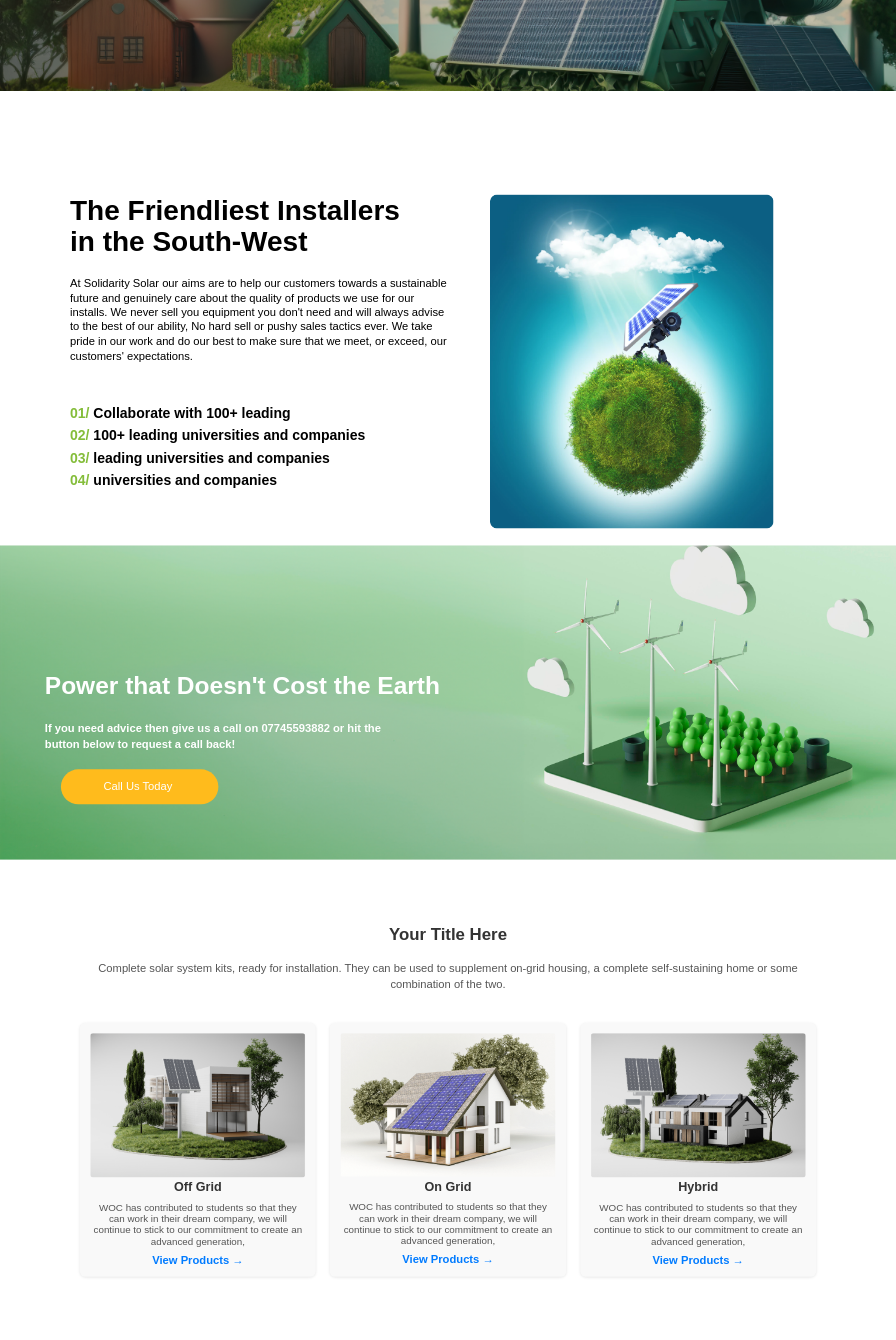
Repository: MaramNabil872/Landing-Page
Page: landingPage.html
These files come from the project's save history. The page is drawn as it stood at one moment and after a run of saves; the edit follows.
The browser window is 1280 px wide. The pictures show the part of the page from y = 650 to 2570 px (the page is 2564 px tall before and 2570 px after), at 70% of full size.

Above is the page before, as saved 2024-10-20 22:08:03.

After the next 3 saves:
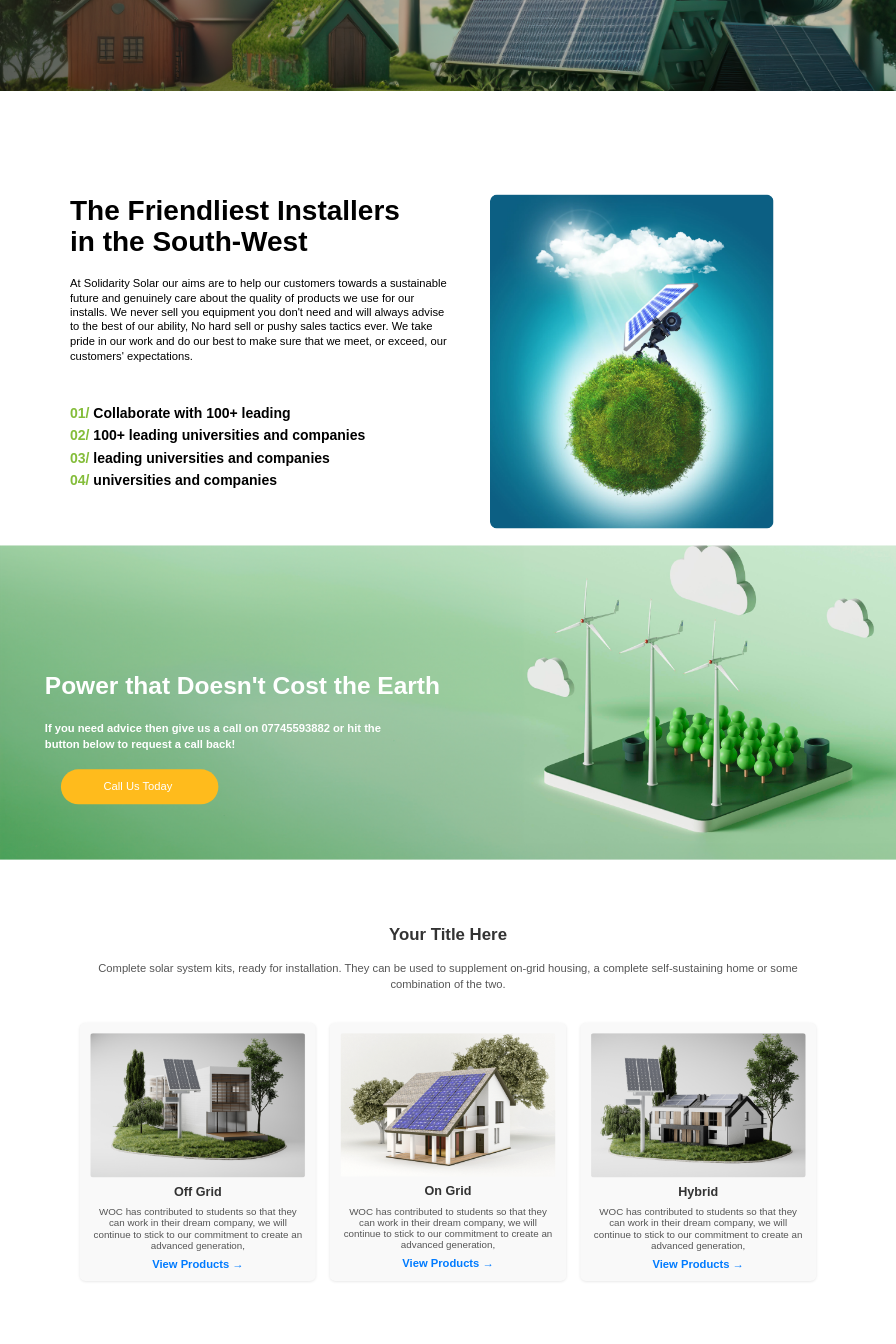
The 3 saves are shown as one change because they came seconds apart.
The last was saved 9 s later.
--- a/landingPage.css
+++ b/landingPage.css
@@ -259,7 +259,7 @@ font-size: 35px;
 .card-title {
     font-size: 18px;
     color: #333;
-    margin: 2;
+    margin-top: 2%;
 }
 
 .card-text {
